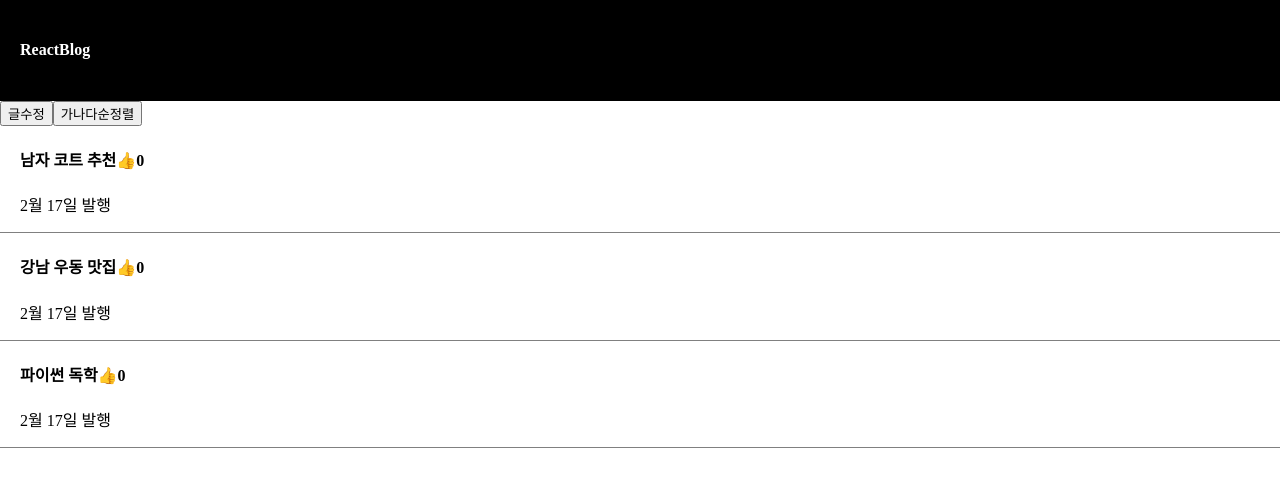
Repository: thinkseaweave/applecoding
Page: /
These files come from the project's save history. The page is drawn as it stood at one moment and after the next save; the edit follows.
The browser window is 1280 px wide. The pictures show the whole page.
The project was rebuilt for these pictures with package versions that can differ from the ones it lists, and the page was loaded fresh each time. Also part of the build but not shown: vite.config.js, src/index.css.

Above is the page before, as saved 2025-01-29 11:27:11.

### src/App.jsx
/* eslint-disable */

import { useState } from "react";
import "./App.css";

function App() {
  const post = "강남 우동 맛집";
  let [글제목, 글제목변경] = useState([
    "남자 코트 추천",
    "강남 우동 맛집",
    "파이썬 독학",
  ]);
  let [따봉, 따봉변경] = useState(0);
  let [modal, setModal] = useState(false);

  return (
    <div className="App">
      <div className="black-nav">
        <h4>ReactBlog</h4>
      </div>
      <button
        onClick={() => {
          const copy = [...글제목];
          copy[0] = "여자코트 추천";
          글제목변경(copy);
        }}
      >
        글수정
      </button>
      <button
        onClick={() => {
          const 정렬된글제목 = [...글제목].sort();
          console.log("정렬된글제목:", 정렬된글제목);
          글제목변경(정렬된글제목);
        }}
      >
        가나다순정렬
      </button>

      {글제목.map(function (item) {
        return (
          <div className="list">
            <h4
              onClick={() => {
                setModal(!modal);
              }}
            >
              {item}
              <span
                onClick={() => {
                  따봉변경(따봉 + 1);
                }}
              >
                👍
              </span>
              {따봉}
            </h4>
            <p> 2월 17일 발행</p>
          </div>
        );
      })}

      {
        //조건식 ? 참일 때 실행할 코드 : 거짓일 때 실행할 코드
        modal === true ? <Modal /> : null
      }
    </div>
  );
}

function Modal() {
  return (
    <div className="modal">
      <h4>글제목</h4>
      <p>날짜</p>
      <p>상세내용</p>
    </div>
  );
}

export default App;

### src/App.css
body {
  margin: 0;
}

div {
  box-sizing: border-box;
}
.list {
  text-align: left;
  padding-left: 20px;
  border-bottom: 1px solid grey;
}

.black-nav {
  background: black;
  width: 100%;
  display: flex;
  color: white;
  padding: 20px;
}

.modal {
  margin-top: 20px;
  padding: 20px;
  background: #eee;
  text-align: left;
}

Loaded but not shown: index.html (common file); src/main.jsx (common file)

After the next save:
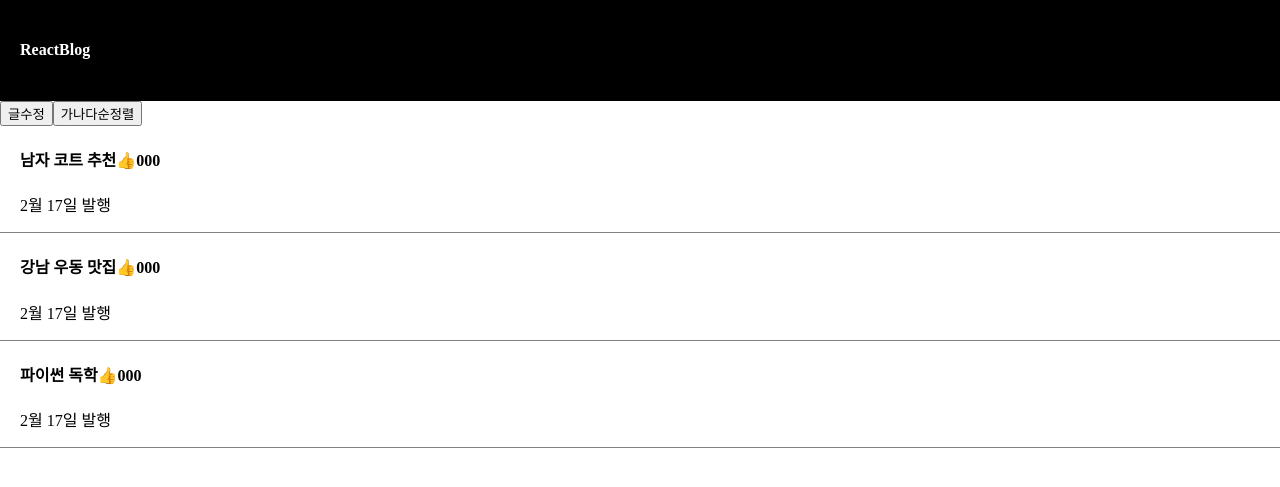
Saved 4 min 16 s later.
--- a/src/App.jsx
+++ b/src/App.jsx
@@ -10,7 +10,7 @@
     "강남 우동 맛집",
     "파이썬 독학",
   ]);
-  let [따봉, 따봉변경] = useState(0);
+  let [따봉, 따봉변경] = useState([0, 0, 0]);
   let [modal, setModal] = useState(false);
 
   return (
@@ -37,7 +37,7 @@
         가나다순정렬
       </button>
 
-      {글제목.map(function (item) {
+      {글제목.map(function (item, index) {
         return (
           <div className="list">
             <h4
@@ -48,7 +48,9 @@
               {item}
               <span
                 onClick={() => {
-                  따봉변경(따봉 + 1);
+                  const 따봉카피 = [...따봉];
+                  따봉카피[index] = 따봉카피[index] + 1;
+                  따봉변경(따봉카피);
                 }}
               >
                 👍

After the save that followed:
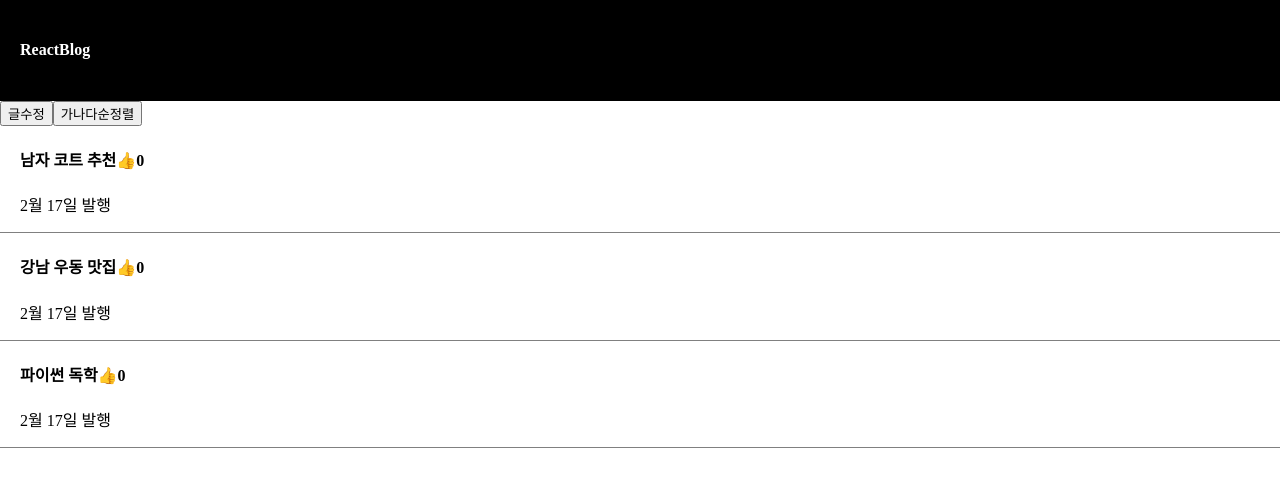
Saved 9 s later.
--- a/src/App.jsx
+++ b/src/App.jsx
@@ -55,7 +55,7 @@
               >
                 👍
               </span>
-              {따봉}
+              {따봉[index]}
             </h4>
             <p> 2월 17일 발행</p>
           </div>
